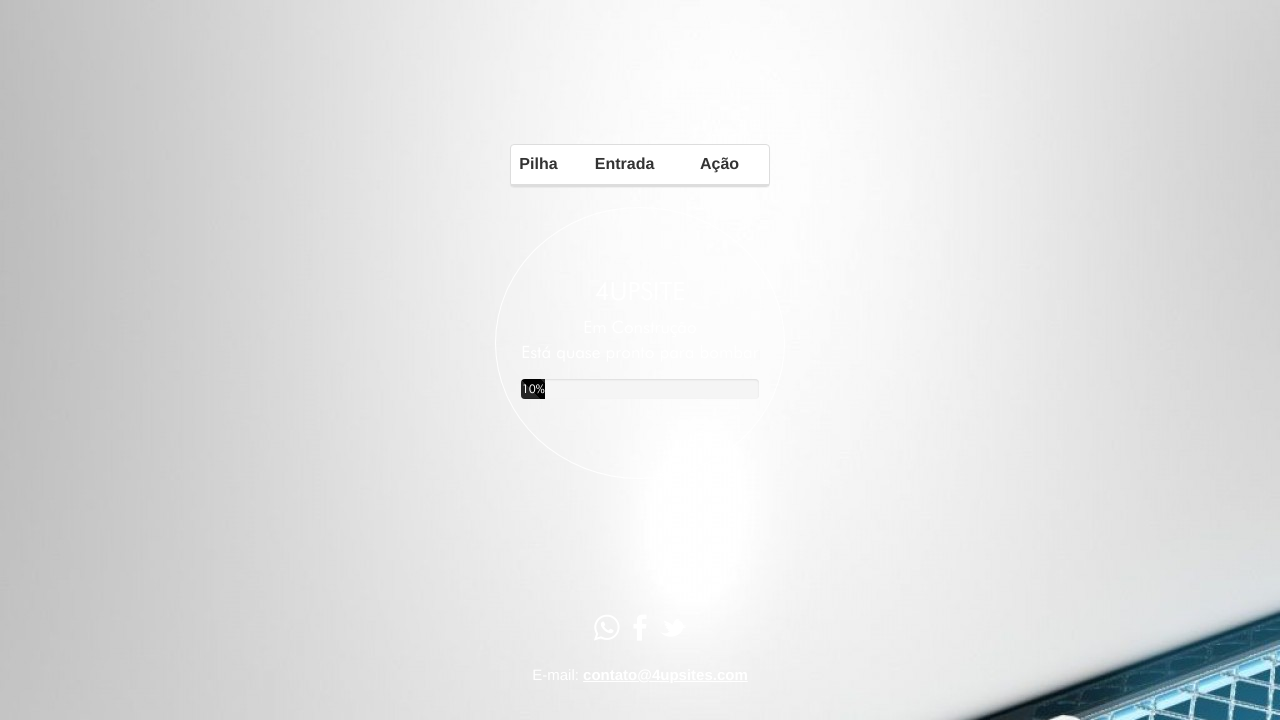
Repository: 4UPsites/publish
Page: index.html
The author's editor kept a record of every edit. The page is drawn from the files as they stood at one moment, then again after the next edit.
The browser window is 1280 px wide. The pictures show the whole page.
Some web libraries are served in a nearby version.

Above is the page before.

### index.html
<html>

	<head>
    	<meta charset="utf-8">

    	<title>4UPSITE</title>
    	<link href="css/bootstrap.min.css" rel="stylesheet">
    	<link href="css/teste.css" rel="stylesheet">
		<link href="futura-bk-bt/font.css" rel="stylesheet">
		<link href="icomoon/style.css" rel="stylesheet">

  	</head>
	<body style="background-image: url('wallpaper.jpg');">

		<div id="indentifier">
			<div class="container_all">
				<span class="balls_">
					<div class="ball_2">
					</div>
					<div class="ball_3">
					</div>
				</span>
				<div class="container">
					<div class="ball">


					<div class="panel panel-default pilha">
						<!-- Table -->
						<table class="table">
						<thead>
							<tr>
								<th>Pilha</th>
								<th>Entrada</th>
								<th>Ação</th>
							</tr>
						</thead>
						<tbody class="tablePilha">
							<!-- load In javascript !-->
						</tbody>
						</table>
					</div>  	<div class="row">
							<div role="main">
								<div class="page-header">
									<h2>4UPSITE</h2>
									<span> Em Construção<br>
									Está quase pronto para bombar</span>
									<div class="progress">
										<div class="progress-bar progress-bar-striped active" role="progressbar" aria-valuenow="10" aria-valuemin="0" aria-valuemax="100" style="width:0%">0%</div>
									</div>
								</div>
						   </div>
						</div>
					</div>
				</div>
				<span class="balls_">
					<div class="ball_0">
					</div>
					<div class="ball_1">
					</div>
				</span>
			</div>

			<div class="page-footer">
				<i class="icon-whatsapp"></i>
				<i class="icon-face"></i>
				<i class="icon-twitter"></i>
				<span>
					E-mail: <label style="text-decoration: underline;">contato@4upsites.com</label>
				</span>
			</div>
		</div>

		<script src="js/jquery.js"></script>
		<script src="js/custom.js"></script>
		<script src="https://ajax.googleapis.com/ajax/libs/jquery/1.11.0/jquery.min.js"></script>

	</body>

	<script>
		$(document).ready(function() {
			dateDifferenceDay();
			ballShow();
			mobile();
		});
	</script>

</html>

### css/teste.css
body{
	background-color: 	#A9A9A9;
	text-align: center;
	font-style: Comic Sans MS;
}

.popup {
    position : fixed;
	right: 0;
    left: 0;
}
.display_none {
	display: none;
}
.ball:nth-child(1) {
    -webkit-animation: right 0s infinite ease-in-out;
    -moz-animation: right 0s infinite ease-in-out;
    animation: right 0s infinite ease-in-out;
}
.ball.max_1:nth-child(1) {
    -webkit-animation: right 0.5s infinite ease-in-out;
    -moz-animation: right 0.5s infinite ease-in-out;
    animation: right 0.5s infinite ease-in-out;
}
.ball.max_2:nth-child(1) {
    -webkit-animation: right 0.4s infinite ease-in-out;
    -moz-animation: right 0.4s infinite ease-in-out;
    animation: right 0.4s infinite ease-in-out;
}
.ball.max_3:nth-child(1) {
    -webkit-animation: right 0.3s infinite ease-in-out;
    -moz-animation: right 0.3s infinite ease-in-out;
    animation: right 0.3s infinite ease-in-out;
}
.ball.max_4:nth-child(1) {
    -webkit-animation: right 0.2s infinite ease-in-out;
    -moz-animation: right 0.2s infinite ease-in-out;
    animation: right 0.2s infinite ease-in-out;
}
.ball.max_4:nth-child(1) {
    -webkit-animation: right 0.1s infinite ease-in-out;
    -moz-animation: right 0.1s infinite ease-in-out;
    animation: right 0.1s infinite ease-in-out;
}
@-webkit-keyframes right {
    0% {
        -webkit-transform: translate(-15px);
    }
    50% {
        -webkit-transform: translate(15px);
    }
    100% {
        -webkit-transform: translate(-15px);
    }
}
@-webkit-keyframes left {
    0% {
        -webkit-transform: translate(15px);
    }
    50% {
        -webkit-transform: translate(-15px);
    }
    100% {
        -webkit-transform: translate(15px);
    }
}
@-moz-keyframes right {
    0% {
        -moz-transform: translate(-15px);
    }
    50% {
        -moz-transform: translate(15px);
    }
    100% {
        -moz-transform: translate(-15px);
    }
}
@-moz-keyframes left {
    0% {
        -moz-transform: translate(15px);
    }
    50% {
        -moz-transform: translate(-15px);
    }
    100% {
        -moz-transform: translate(15px);
    }
}

@keyframes right {
    0% {
        transform: translate(-15px);
    }
    50% {
        transform: translate(15px);
    }
    100% {
        transform: translate(-15px);
    }
}
@keyframes left {
    0% {
        transform: translate(15px);
    }
    50% {
        transform: translate(-15px);
    }
    100% {
        transform: translate(15px);
    }
}
.progress-bar {
	background-color: black;
}

.balls_ {
	display: inline-block;
	width: 100%;
	color: white;
	height: 20vh;
}
.ball_2 {
    display: none;
    float:left;
    padding: 5px 15px;
}
.ball_3 {
    display: none;
    float:right;
    padding: 5px 15px;
}
.ball_0 {
    display: none;
    float:left;
    padding: 5px 15px;
    position: relative;
    top: -80px;
    left: 5px;
}
.ball_1 {
    display: none;
    float:right;
    padding: 5px 15px;
    position: relative;
    top: -80px;
    right: 5px;
}
.row {
    padding: 30px 25px;
    background: rgba(255,255,255,.1);
    border: 1px solid white;
    border-radius: 100%;
}
.main {
    display: inline-block;
    padding: 15px 12px;
}
.page-header {
    font-family: FuturaBookBT;
}
.page-header h2 {
    font-size: 25px;
}
.page-header span {
    font-size: 17px;
    display: inline-block;
    margin-bottom: 15px;
}
.page-footer {
    display: inline-block;
    position: absolute;
    width: 100%;
    color: white;
    font-size: 26px;
    height: 15vh;
    left: 0;
    right: 0;
}
.page-footer span {
    width: 100%;
    font-size: 15px;
    display: inline-block;
    margin-top: 15px;
}
.container {
    position: relative;
    display: flex;
    width: 100%;
    justify-content: center;
    color: white;
    cursor: pointer;
    height: 45vh;
}

### futura-bk-bt/font.css
@font-face {
	 font-family: FuturaBookBT;
	 src: url('FuturaBookBT.ttf');
}

### icomoon/style.css
@font-face {
  font-family: 'icomoon';
  src:  url('fonts/icomoon.eot?96egpu');
  src:  url('fonts/icomoon.eot?96egpu#iefix') format('embedded-opentype'),
    url('fonts/icomoon.ttf?96egpu') format('truetype'),
    url('fonts/icomoon.woff?96egpu') format('woff'),
    url('fonts/icomoon.svg?96egpu#icomoon') format('svg');
  font-weight: normal;
  font-style: normal;
}

[class^="icon-"], [class*=" icon-"] {
  /* use !important to prevent issues with browser extensions that change fonts */
  font-family: 'icomoon' !important;
  speak: none;
  font-style: normal;
  font-weight: normal;
  font-variant: normal;
  text-transform: none;
  line-height: 1;

  /* Better Font Rendering =========== */
  -webkit-font-smoothing: antialiased;
  -moz-osx-font-smoothing: grayscale;
}

.icon-pedido_em_analise:before {
  content: "\e965";
}
.icon-email:before {
  content: "\e959";
}
.icon-rede-p2:before {
  content: "\e95c";
}
.icon-whatsapp:before {
  content: "\e95e";
}
.icon-relogio:before {
  content: "\e957";
  color: #000;
}
.icon-seta-baixo:before {
  content: "\e914";
}
.icon-seta-cima:before {
  content: "\e915";
}
.icon-compartilhar:before {
  content: "\e929";
}
.icon-ic-menu:before {
  content: "\e906";
}
.icon-flecha_direita:before {
  content: "\e92b";
}
.icon-flecha_esquerda:before {
  content: "\e92c";
}
.icon-close:before {
  content: "\e903";
}
.icon-face:before {
  content: "\e904";
}
.icon-instagran:before {
  content: "\e907";
}
.icon-rede-p:before {
  content: "\e912";
}
.icon-twitter:before {
  content: "\e91a";
}
.icon-vimeo:before {
  content: "\e91b";
}
.icon-youtube:before {
  content: "\e91c";
}

### js/custom.js
var obj = { entrada: "aaacaccb", pilha: "ES"};

var alvoInvertido = "";
var objPilhaAtual = "";
var ultimoPilha = obj.pilha[obj.pilha.length-1];
var primeiroEntrada = obj.entrada[0];
var alvoSplit = "";

console.log("ultimoPilha: ", ultimoPilha);
console.log("primeiroEntrada: ", primeiroEntrada);


function teste(){

   if(ultimoPilha == primeiroEntrada){
      // bCa -> pilha = pilha - ultimo caractere
      var objPilha = obj.pilha += - obj.pilha[obj.pilha-1];
      console.log("objPilha: ", objPilha);

      // entrada = entrada - primeiro caractere
      objPilhaAtual = objPilhaAtual - objPilhaAtual.length-1;
      console.log("objPilhaAtual", objPilhaAtual);
      console.log("desempilha o primeiro", primeiroEntrada);
   }else{
      var alvo = $("#Sa").text();
      console.log("alvo: ", alvo);

      if(alvo != null){
         // pegar sรณ o que interessa do alvo
         alvoSplit = alvo.split("->")
         if (alvoSplit.length == 2){
            varAlvoOK = alvoSplit[1];
            console.log(alvo);

            inverter(alvo);
            console.log("alvoInvertido: ", alvoInvertido);

            // colocar na pilha o alvo invertido no lugar do ultimoPilha
            objPilhaAtual = obj.pilha = "E" + alvoInvertido;
            console.log("objPilhaAtual: ", objPilhaAtual);

            $(".tablePilha").append("<tr> <td>" + '$' + ultimoPilha + "</td>");
            $(".tablePilha").append("<td>" + obj.entrada + '$' + "</td>");
            $(".tablePilha").append("<td>" + alvo + "</td> </tr>");
         }else{
            console.log("errou");
         }
      }else{
         console.log("errou");
      }
   }
}

function inverter(alvo){
  alvoInvertido = alvo.split("").reverse().join("");
  return alvoInvertido;
}function dateDifferenceDay() {

	var initialDate = Date.UTC(2018, 1, 24);

	var data = new Date();

	var day = data.getDate();
	var month = data.getMonth();
	var year = data.getFullYear();

	var currentDate = Date.UTC(year, month, day);

	var differenceDate = Math.floor((currentDate - initialDate) / ( 1000 * 60 * 60 * 24));

	if ($(".progress-bar-striped").text() != "100%" && differenceDate> 5 ) {
		differenceDate = differenceDate * 2;
		$(".progress-bar-striped").css('width', differenceDate + "%");
		$(".progress-bar-striped").text(differenceDate + "%");
	} else {
		$(".progress-bar-striped").css('width', "10%");
		$(".progress-bar-striped").text("10%");
	}
}

function ballShow() {
	$( ".ball" ).hover(function() {

		if (!$(".ball").hasClass('active')) {
			ballMax ();
		}
	});
	function ballMax () {
		$(".ball").addClass("active");
		$(".ball").addClass("max_1");

		setTimeout(function() {
			$(".ball").removeClass("max_1");
	 		$(".ball").addClass("max_2");
		}, 250);
	  	setTimeout(function() {
	  		$(".ball").removeClass("max_2");
	 		$(".ball").addClass("max_3");
		}, 500);
  		setTimeout(function() {
	  		$(".ball").removeClass("max_3");
	 		$(".ball").addClass("max_4");
		}, 750);
		setTimeout(function() {
	  		ballHideAndShow ();
	  		if ($("#indentifier").hasClass('mobile')) {
			   	$(".ball").fadeIn();
	 			$(".ball").removeClass("max_4");
			}
		}, 1000);
	}
	function ballHideAndShow () {
		var math = Math.floor(Math.random()*(4));
		$(".ball").fadeOut();
		$(".balls_ .ball_" + math).html($(".ball").html());
		$(".balls_ .ball_" + math).fadeIn();
	}
}

function mobile () {
	if (screen.width < 640 || screen.height < 480) {
	    $("#indentifier").addClass('mobile');
	    $("#indentifier span div").removeClass('ball_0');
	    $("#indentifier span div").removeClass('ball_1');
	    $("#indentifier span div").removeClass('ball_2');
	    $("#indentifier span div").removeClass('ball_3');
	}
}

Loaded but not shown: css/bootstrap.min.css (library); js/jquery.js (library)

After the next edit:
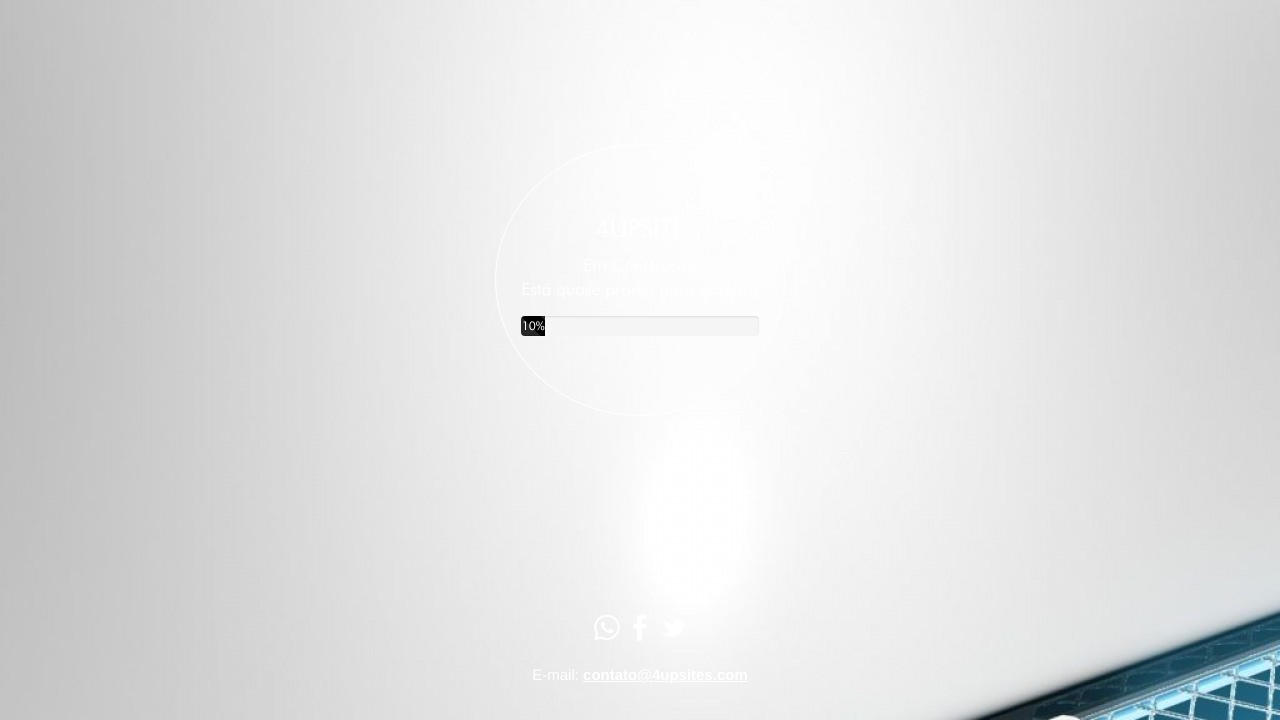
The edit:
--- a/index.html
+++ b/index.html
@@ -22,23 +22,7 @@
 				</span>
 				<div class="container">
 					<div class="ball">
-
-
-					<div class="panel panel-default pilha">
-						<!-- Table -->
-						<table class="table">
-						<thead>
-							<tr>
-								<th>Pilha</th>
-								<th>Entrada</th>
-								<th>Ação</th>
-							</tr>
-						</thead>
-						<tbody class="tablePilha">
-							<!-- load In javascript !-->
-						</tbody>
-						</table>
-					</div>  	<div class="row">
+						<div class="row">
 							<div role="main">
 								<div class="page-header">
 									<h2>4UPSITE</h2>
